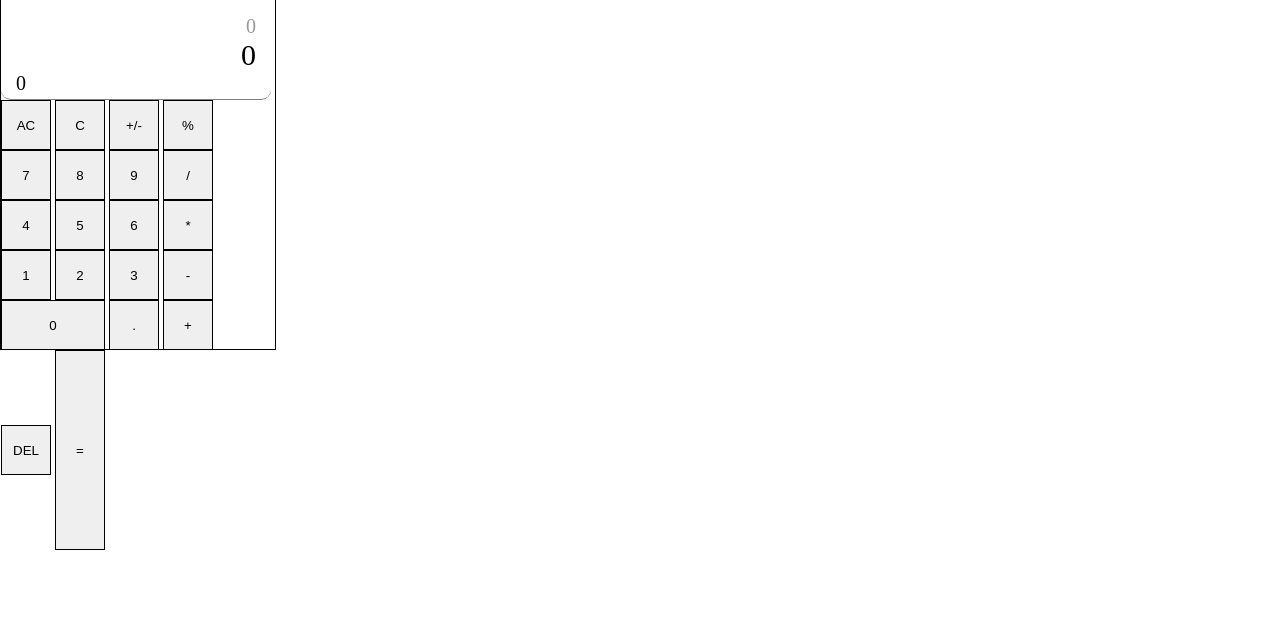
Repository: baziz22/Vanilla_JS_Projects
Page: claculator/index.html
The author's editor kept a copy of each file at every save. The page is drawn from the files as they stood at one save, then again after the next save.
The browser window is 1280 px wide. The pictures show the whole page.

Above is the page before, as saved 2022-03-02 03:22:03.
Console error: SyntaxError: Malformed arrow function parameter list

After the next save:
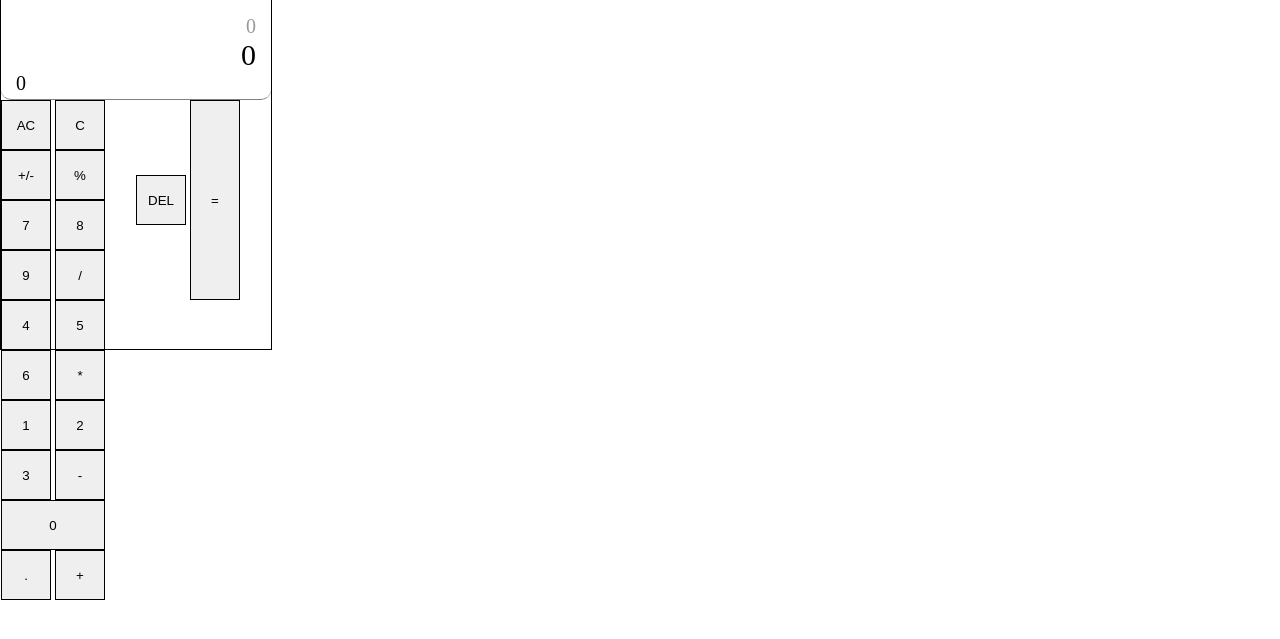
Saved 24 s later.
--- a/claculator/style.css
+++ b/claculator/style.css
@@ -6,11 +6,11 @@
 .wrapper {
   border: 1px solid black;
   border-top: 10px;
-  width: 276px;
+  width: 272px;
   height: 350px;
 }
 #buttons {
-  display: inline-block;
+  display: flex;
 }
 #left-side {
   width: 212px;
